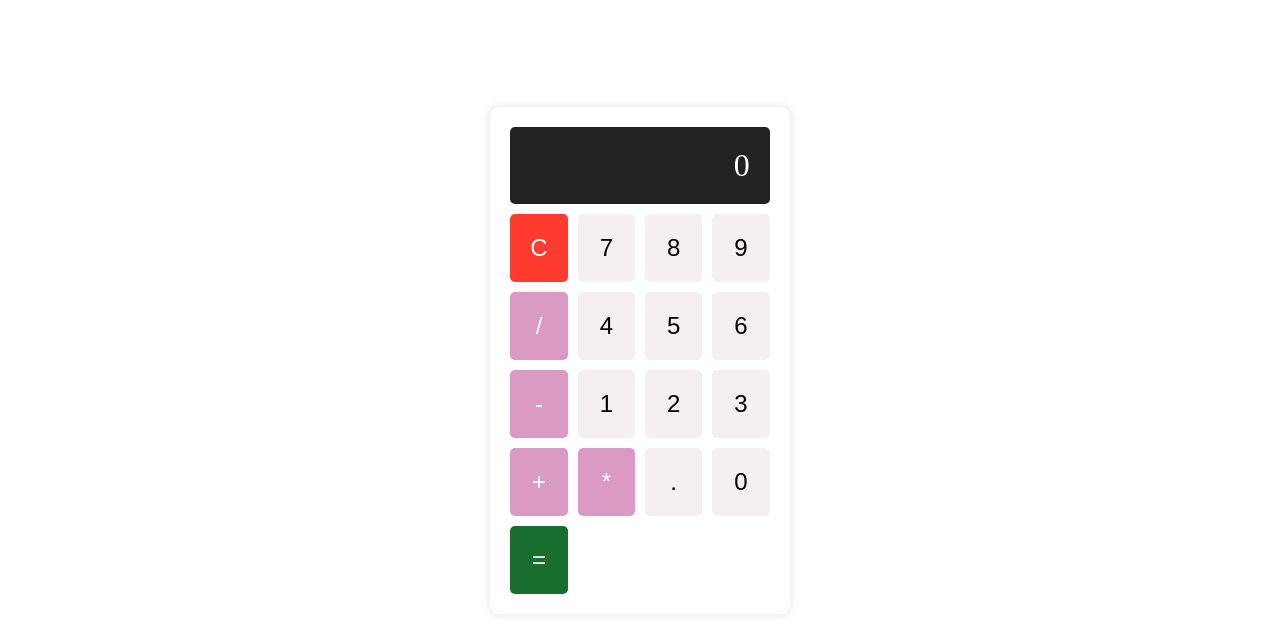
Repository: alizey12/calculator
Page: index.html
The author's editor kept a copy of each file at every save. The page is drawn from the files as they stood at one save, then again after the next save.
The browser window is 1280 px wide. The pictures show the whole page.

Above is the page before, as saved 2024-11-23 18:51:26.

### index.html
<!DOCTYPE html>
<html lang="en">
<head>
    <meta charset="UTF-8">
    <meta name="viewport" content="width=device-width, initial-scale=1.0">
    <title>Document</title>
    <link rel="stylesheet" href="styles.css">
</head>
<body>
 <div class="calculator">
            <div class="display" id="display">0</div>
            <div class="buttons">


                <button class="btn" id="clear">C</button>
                <button class="btn">7</button>
                <button class="btn">8</button>
                <button class="btn">9</button>
                <button class="btn operator">/</button>
                <button class="btn">4</button>
                <button class="btn">5</button>
                <button class="btn">6</button>
                <button class="btn operator">-</button>
                <button class="btn">1</button>
                <button class="btn">2</button>
                <button class="btn">3</button>
                <button class="btn operator">+</button>
                <button class="btn operator">*</button>
                <button class="btn">.</button>
                <button class="btn">0</button>

                <button class="btn operator" id="equals">=</button>


            </div>
        </div>


    <script src="script.js"></script>
</body>
</html>

### styles.css
body {
    display: flex;
    justify-content: center;
    align-items: center;
    height: 100vh;
    background-color: #ffffff;
    margin: 0;
}

.calculator {
    border: 1px solid #f3f3f3;
    border-radius: 10px;
    padding: 20px;
    background-color: #fff;
    box-shadow: 0 0 10px rgba(0, 0, 0, 0.1);
}

.display {
    font-size: 2em;
    margin-bottom: 10px;
    padding: 20px;
    background-color: #222;
    color: #fff;
    text-align: right;
    border-radius: 5px;
}


.buttons {
    display: grid;
    grid-template-columns: repeat(4, 1fr);
    gap: 10px;
}

.btn {
    padding: 20px;
    font-size: 1.5em;
    border: none;
    border-radius: 5px;
    background-color: #f5efef;
    cursor: pointer;
}

.btn.operator {
    background-color: #da9ac4;
    color: #fff;
}

.btn#clear {
    background-color: #ff3b30;
    color: #fff;
}

.btn#equals {
    grid-row-span: 4;
    background-color: #186e2e;
    color: #fff;
}

Loaded but not shown: script.js (no copy from this time; the picture is the same without it)

After the next save:
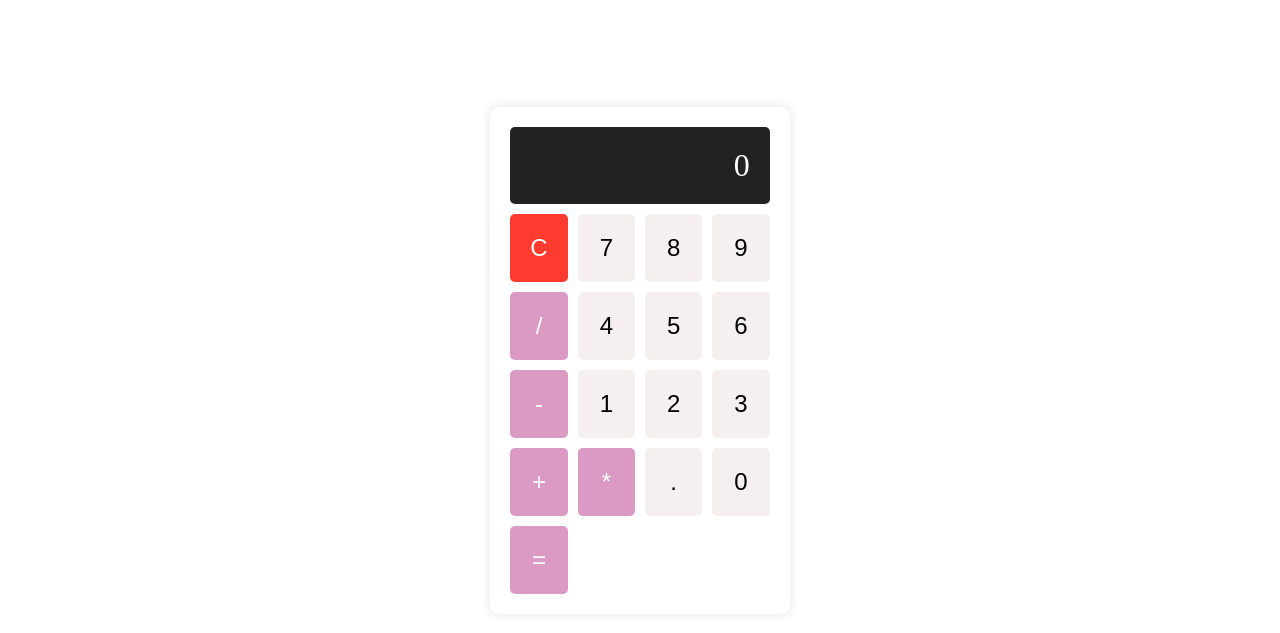
Saved 6 s later.
--- a/styles.css
+++ b/styles.css
@@ -52,7 +52,7 @@
 }
 
 .btn#equals {
-    grid-row-span: 4;
+   gri
     background-color: #186e2e;
     color: #fff;
 }

After the 2 saves that followed:
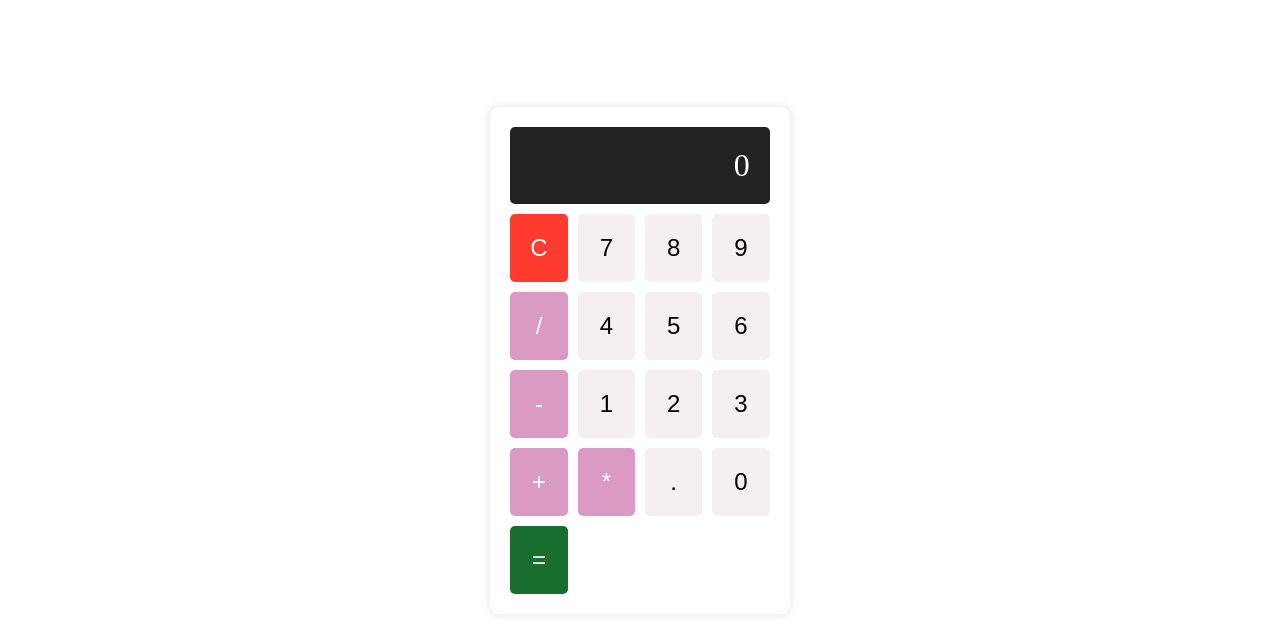
The 2 saves are shown as one change because they came seconds apart.
The last was saved 5 s later.
--- a/styles.css
+++ b/styles.css
@@ -52,7 +52,7 @@
 }
 
 .btn#equals {
-   gri
+   grid-template-columns: 4;
     background-color: #186e2e;
     color: #fff;
 }
